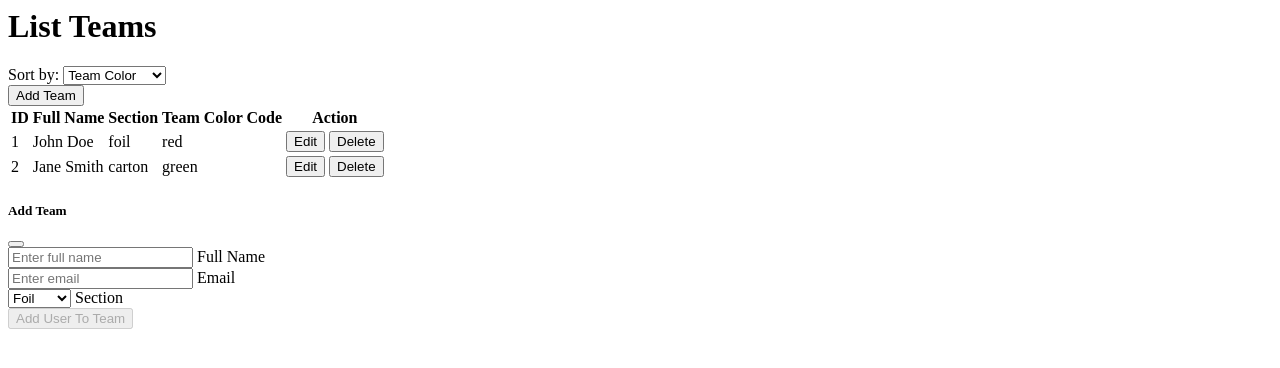
Repository: Daigtas/Shiftman
Page: partials/list-teams.html
The author's editor kept a copy of each file at every save. The page is drawn from the files as they stood at one save, then again after the next save.
The browser window is 1280 px wide. The pictures show the whole page.

Above is the page before, as saved 2025-02-04 12:24:52.

After the next save:
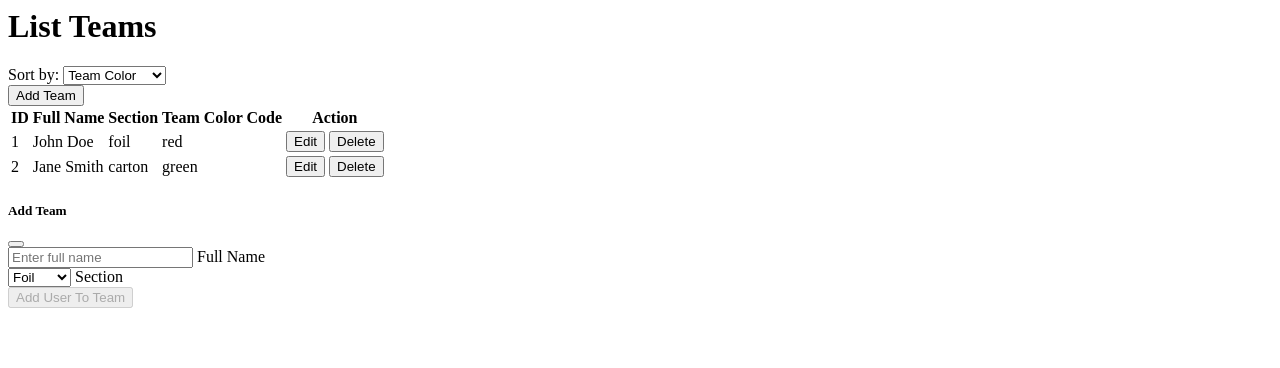
Saved 22 s later.
--- a/partials/list-teams.html
+++ b/partials/list-teams.html
@@ -65,10 +65,6 @@
                         <label for="fullName" data-translate-key="fullname">Full Name</label>
                     </div>
                     <div class="form-floating mb-3">
-                        <input type="email" class="form-control" id="email" placeholder="Enter email" required data-translate-placeholder="enteremail">
-                        <label for="email" data-translate-key="email">Email</label>
-                    </div>
-                    <div class="form-floating mb-3">
                         <select class="form-select" id="section" required>
                             <option value="foil" data-translate-key="foil">Foil</option>
                             <option value="carton" data-translate-key="carton">Carton</option>
